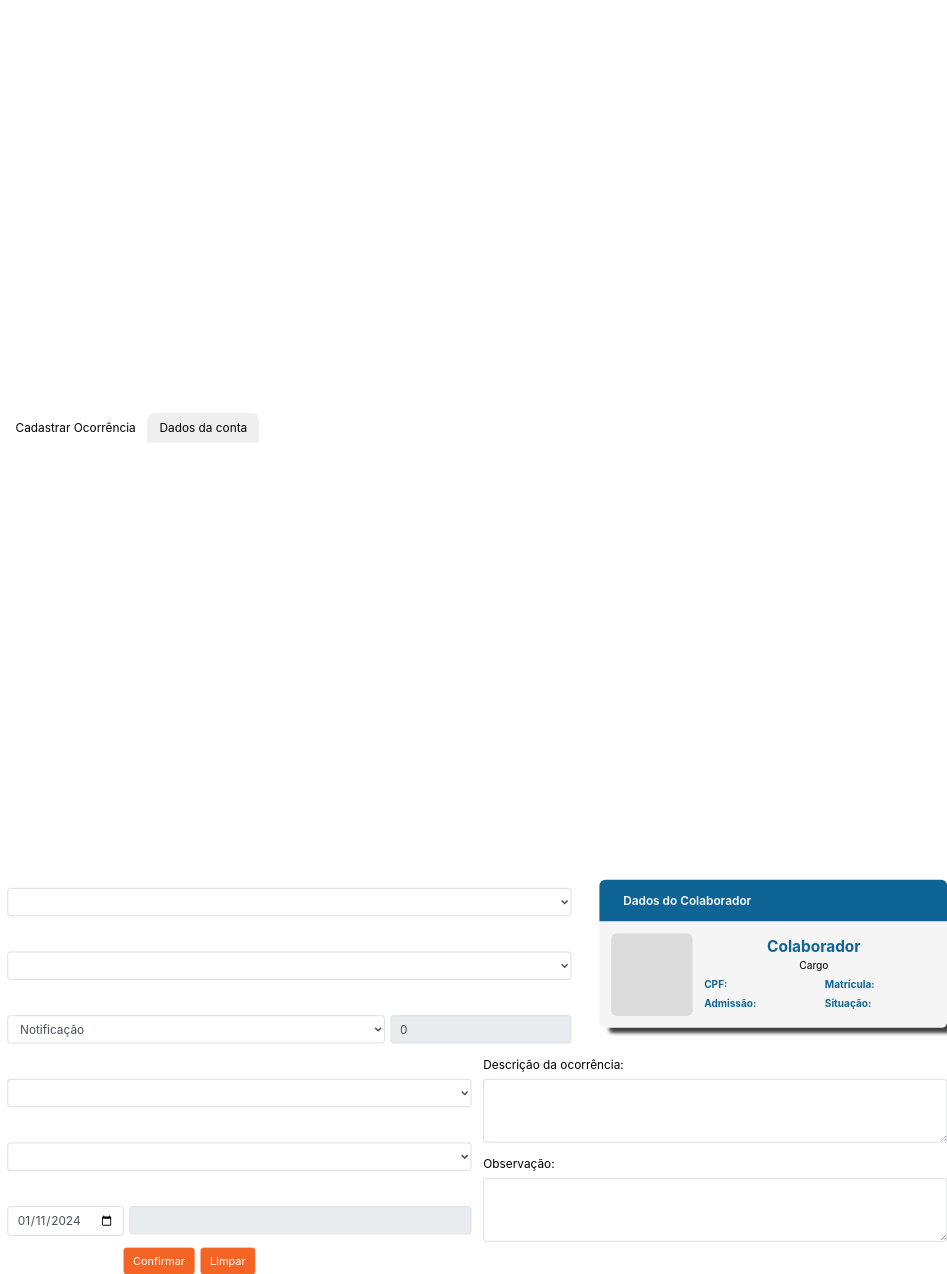
Repository: Conlog-SA/portal_operacional
Page: apps/gente_gestao_fluxo_punitivo/templates/gente_gestao_fluxo_punitivo/fluxo_punitivo.html
These files come from the project's save history. The page is drawn as it stood at one moment and after the next save; the edit follows.
The browser window is 1280 px wide. The pictures show the whole page, at 74% of full size.
The template is drawn by Django 3.2. The application's start-up code is not run. The template is opened directly, without the code that normally fills it, so the values that code supplies are empty.

Above is the page before, as saved 2024-01-11 13:31:03.
Console error: TypeError: Cannot read properties of null (reading 'addEventListener')

After the next save:
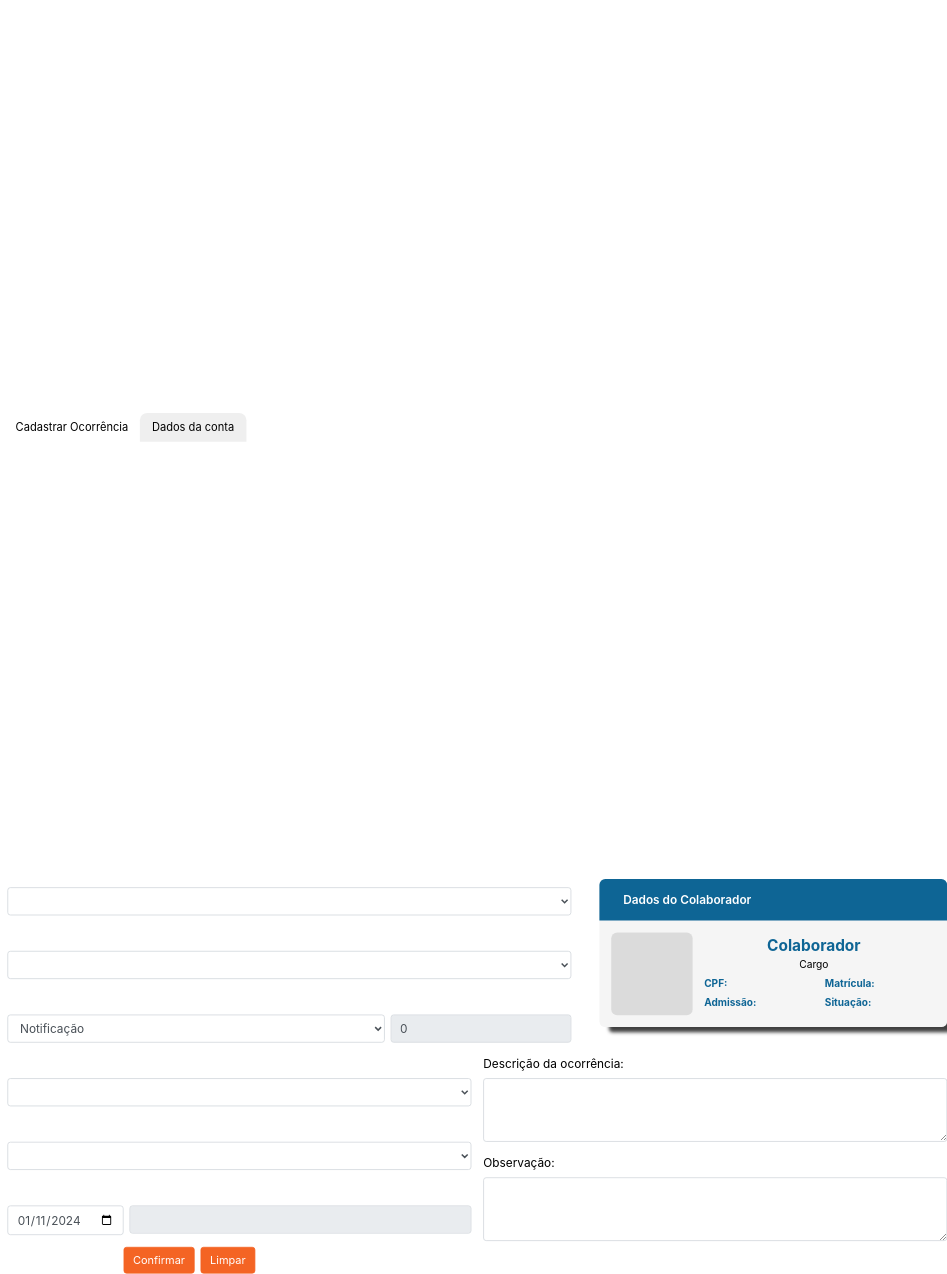
Saved 54 s later.
--- a/apps/gente_gestao_fluxo_punitivo/templates/gente_gestao_fluxo_punitivo/fluxo_punitivo.html
+++ b/apps/gente_gestao_fluxo_punitivo/templates/gente_gestao_fluxo_punitivo/fluxo_punitivo.html
@@ -23,7 +23,7 @@
     <div class="containerApp">
         <div class="form-group cl_div_tabela_principal_pagina" style="padding-top:0px; padding-left:0px">
             <div class="col-md-12 h-100"style="padding-left: 5px; padding-right: 5px;">
-                <nav class="nav nav-tabs" id="myTab" role="tablist" style="size:15px;">
+                <nav class="nav nav-tabs" id="myTab" role="tablist" style="font-size:15px;">
                     <button class="nav-link active" id="a_tab_cadastrar_ocorrencia" data-bs-toggle="tab"
                                 data-bs-target="#div_tab_cadastrar_ocorrencia" type="button" role="tab"
                                 aria-controls="div_tab_cadastrar_ocorrencia" aria-selected="true"
